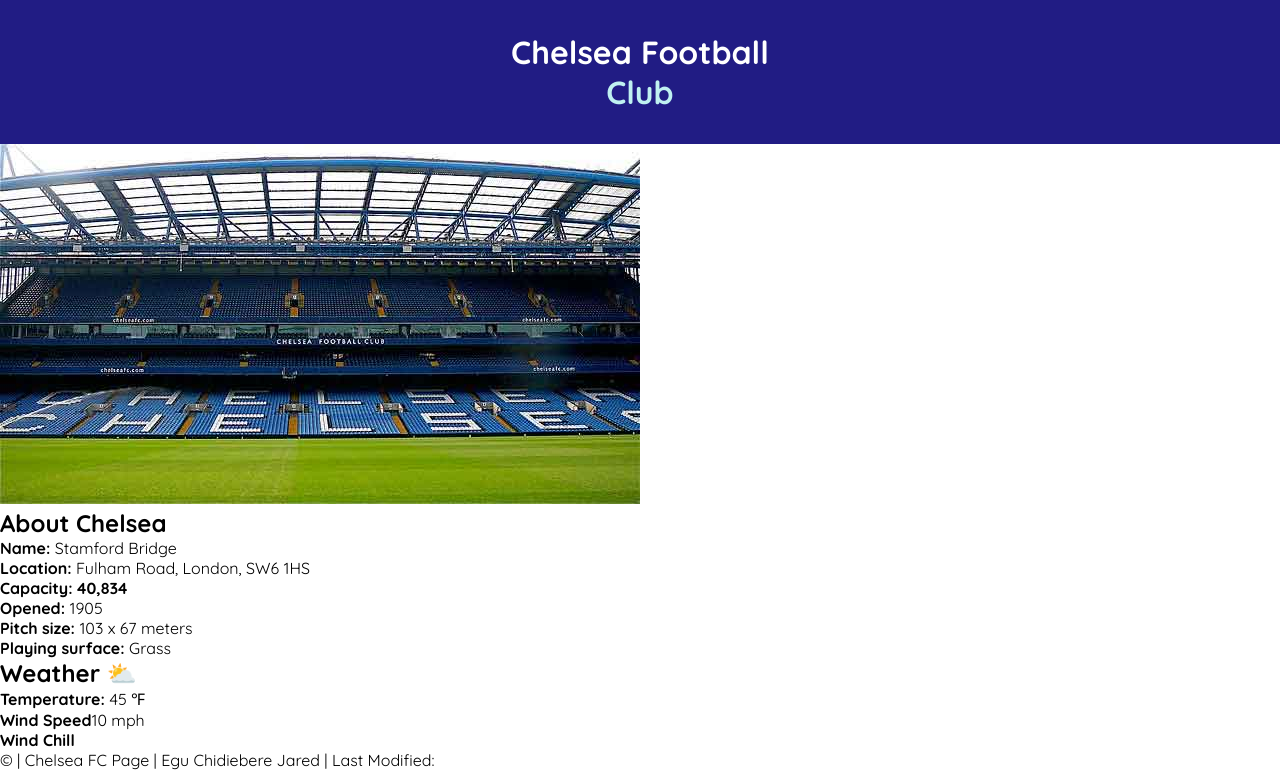
Repository: EguJaredoBoyd/wdd131
Page: place..html
The author's editor kept a copy of each file at every save. The page is drawn from the files as they stood at one save, then again after the next save.
The browser window is 1280 px wide. The pictures show the whole page.
Some web libraries are served in a nearby version.

Above is the page before, as saved 2025-05-23 23:18:39.

After the next save:
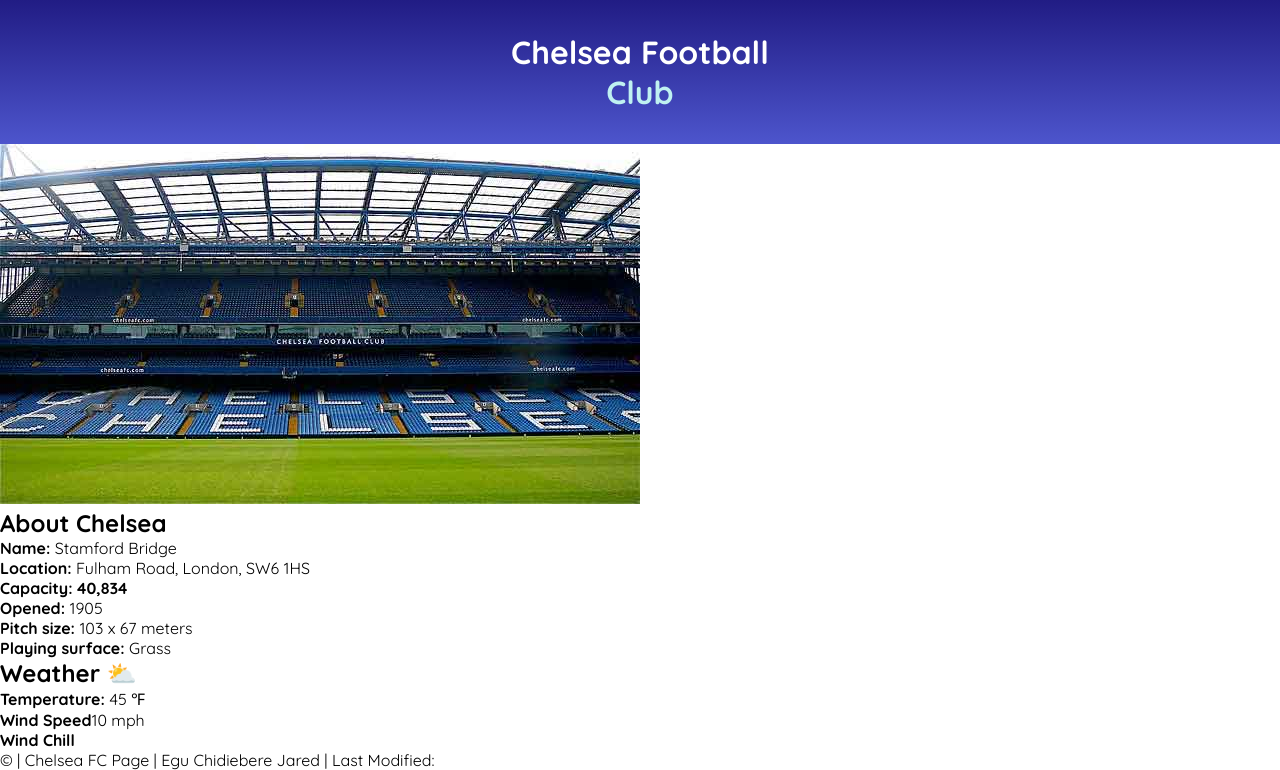
Saved 2 min 44 s later.
--- a/styles/place.css
+++ b/styles/place.css
@@ -16,6 +16,7 @@
     background-color: var(--primary-color);
     color: white;
     padding: 2rem;
+    background: linear-gradient(to bottom , var(--primary-color), var(--secondary-color));
 
 }
 header h1{
@@ -30,8 +31,3 @@
     align-self: center;
     color: rgb(191, 241, 241);
 }
-.header-color2{
-    width: 100%;
-    background-color: var(--secondary-color);
-    border-radius: 10px;
-}
